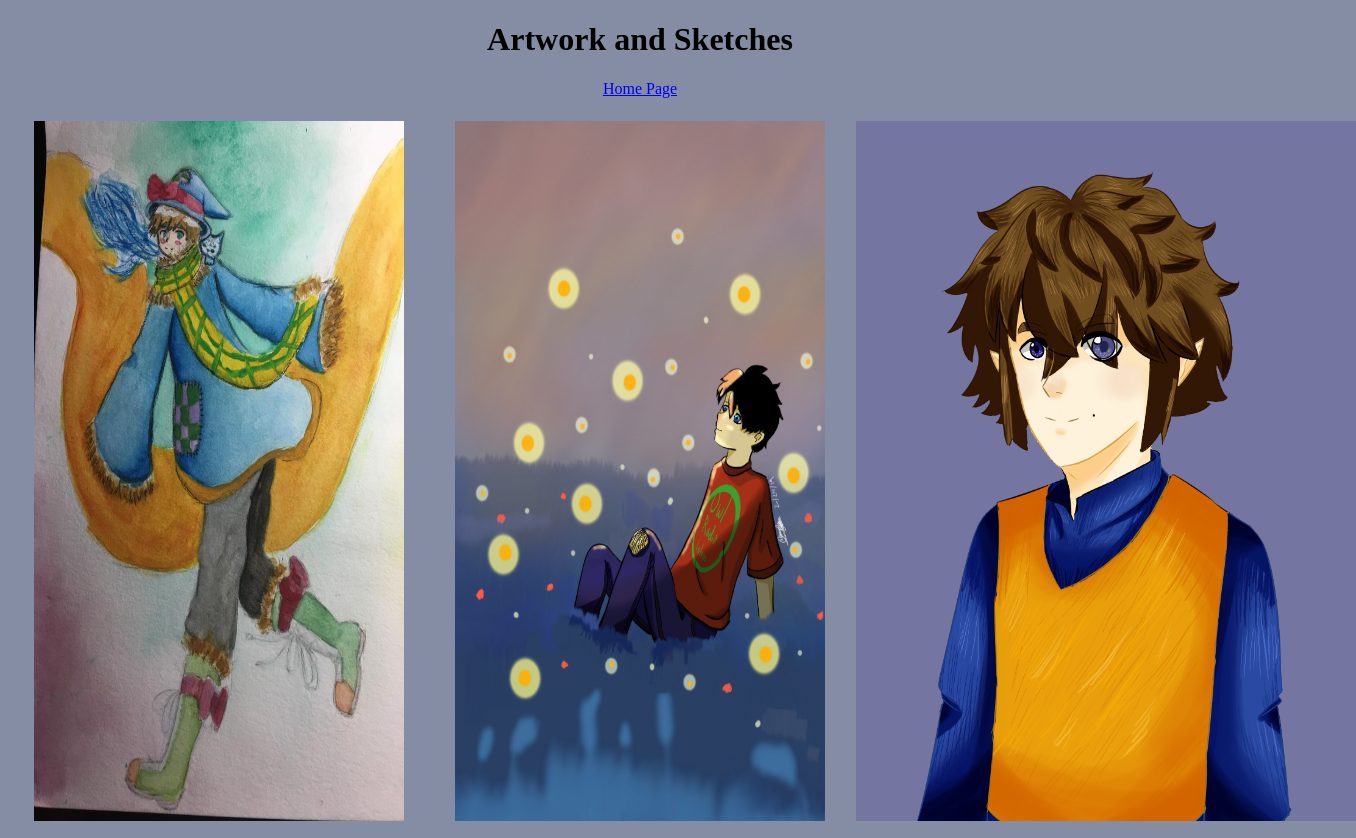
Repository: MaiJun21/MaiJun21.github.io
Page: drawings and artwork.html
The author's editor kept a record of every edit. The page is drawn from the files as they stood at one moment, then again after the next edit.
The browser window is 1280 px wide. The page is 1356 px wide, then 1280 px, so the pictures cover 1356 px, including what lies to the right of the window. The pictures show the whole page.

Above is the page before.

After the next edit:
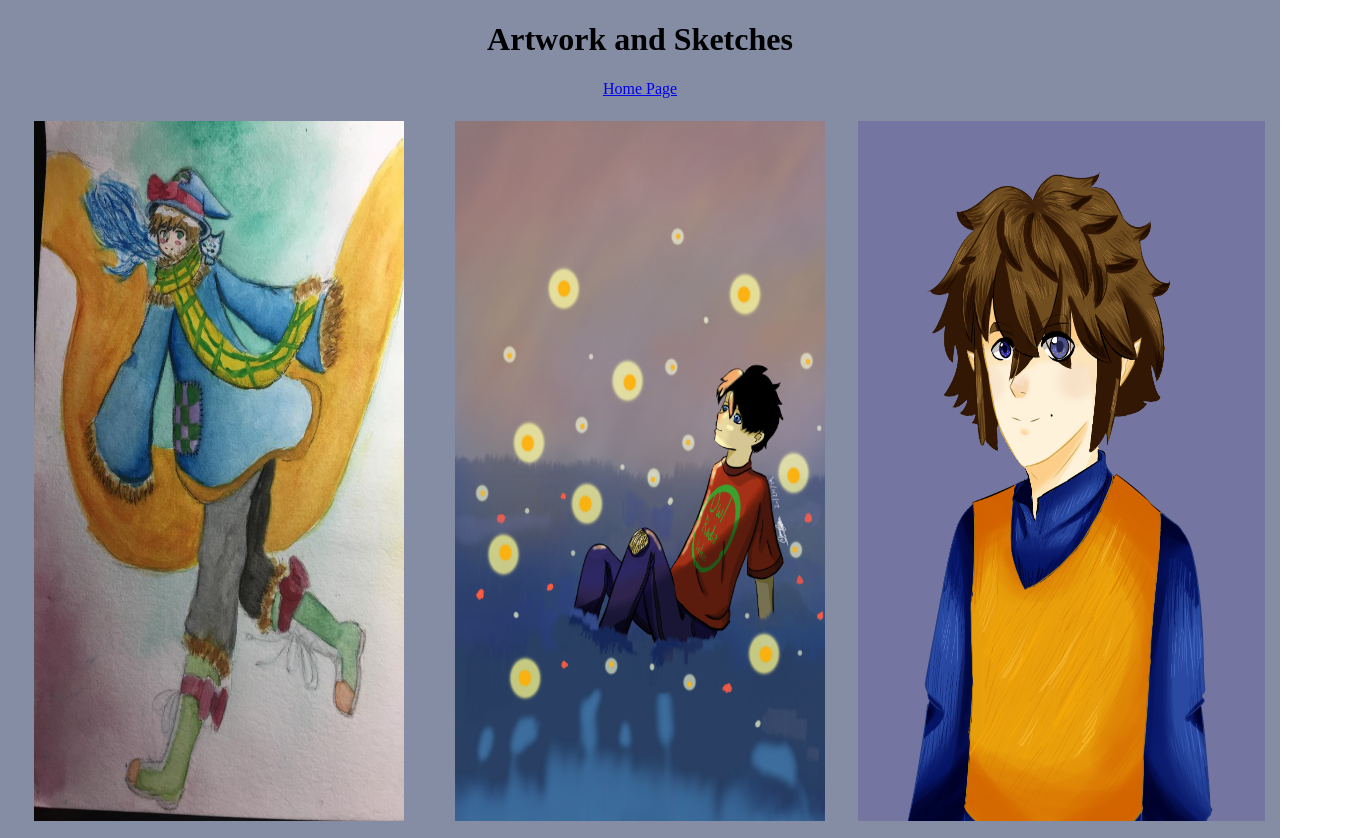
The edit:
--- a/drawings and artwork.html
+++ b/drawings and artwork.html
@@ -47,7 +47,7 @@
 
   </div>
   <div class="column">
-    <img img src="images/ladon_sprite.png" alt="Ladon" width="500" height="700">
+    <img img src="images/ladon_sprite.png" alt="Ladon" width="500" height="700" style="width:99%">
 
   </div>
 </div>
